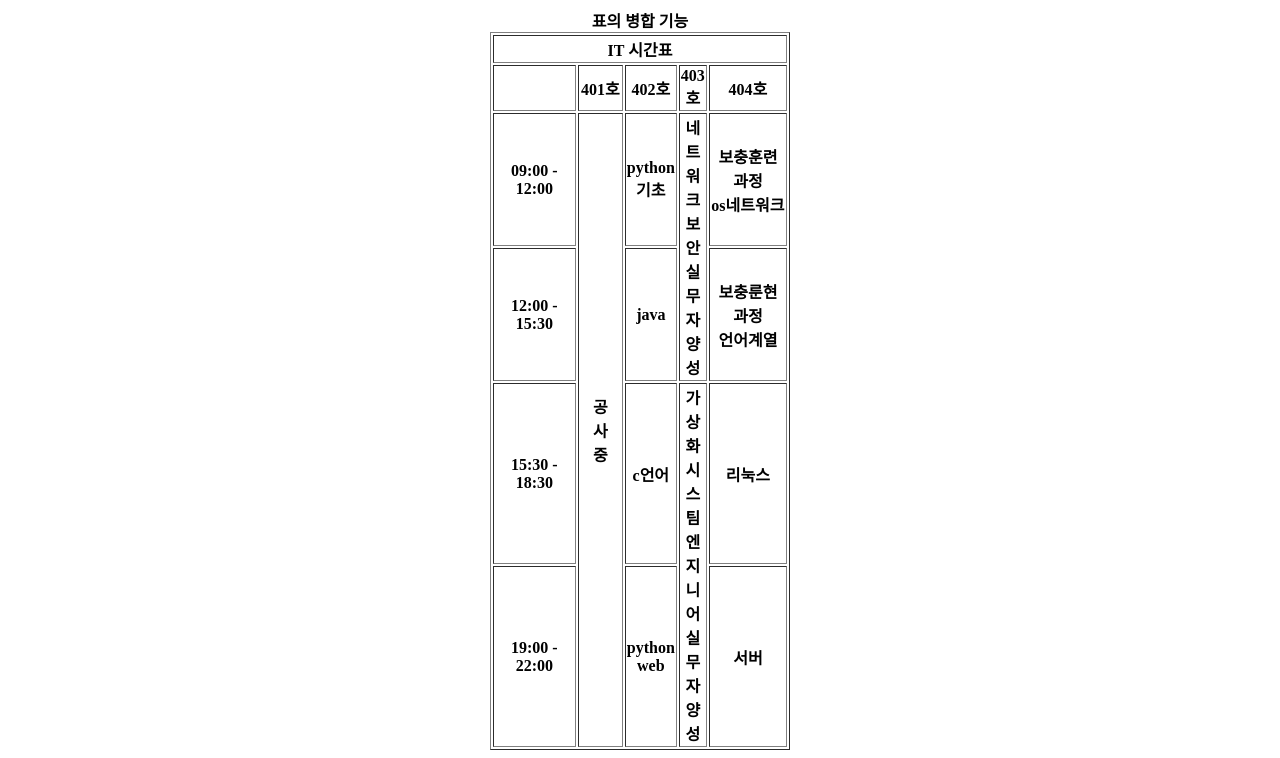
Repository: sika5382/jsp
Page: html/WebContent/NewFile1.html
The author's editor kept a copy of each file at every save. The page is drawn from the files as they stood at one save, then again after the next save.
The browser window is 1280 px wide. The pictures show the whole page.

Above is the page before, as saved 2020-10-29 06:12:05.

### html/WebContent/NewFile1.html
<!DOCTYPE html>
<html>
<head>
<meta charset="UTF-8">
<title>Insert title here</title>
</head>
<body>

	<table border = "1" align="center" width ="300">

		<caption><b>표의 병합 기능</b></caption>

		<tr>
			<th colspan = "5"> IT 시간표</th>

		</tr>

		<tr>
			<th width ="100"></th>
			<th width ="50">401호</th>
			<th>402호</th>
			<th>403호</th>
			<th width ="100">404호</th>
		</tr>

		<tr>
			<th width ="100">09:00 - 12:00</th>
			<th rowspan="4">공<br>사<br>중</th>
			<th>python 기초</th>
			<th rowspan="2">네트워크 보안<br>실무자 양성</th>
			<th>보충훈련 과정<br>os네트워크</th>
		</tr>

		<tr>
			<th width ="100">12:00 - 15:30</th>
			<th>java</th>
			<th>보충룬현 과정<br>언어계열</th>
		</tr>


		<tr>
			<th width ="100">15:30 - 18:30</th>
			<th>c언어</th>
			<th rowspan="2">가상화 시스팀 <br> 엔지니어 실무자 양성</th>
			<th>리눅스</th>
		</tr>

		<tr>
			<th width ="100">19:00 - 22:00</th>
			<th>python web</th>
			<th>서버</th>
		</tr>


	</table>


</body>
</html>

After the next save:
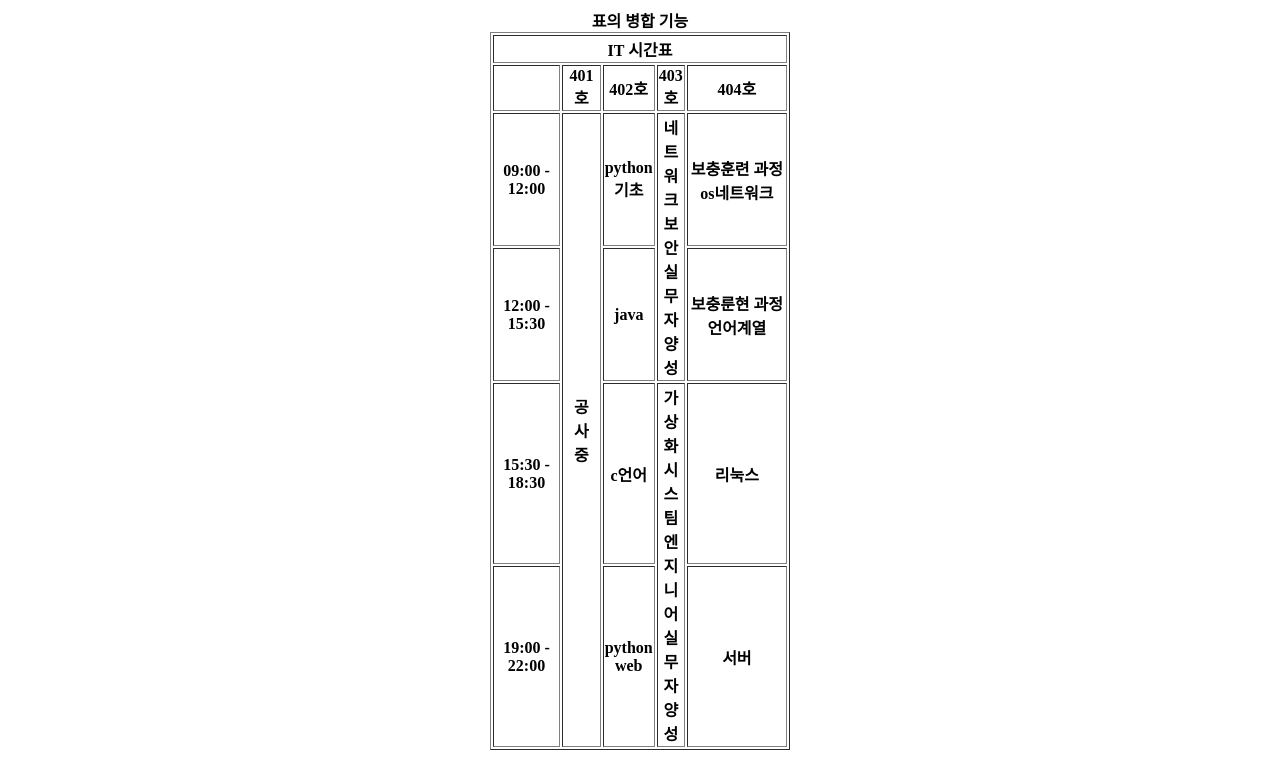
Saved 7 s later.
--- a/html/WebContent/NewFile1.html
+++ b/html/WebContent/NewFile1.html
@@ -20,7 +20,7 @@
 			<th width ="50">401호</th>
 			<th>402호</th>
 			<th>403호</th>
-			<th width ="100">404호</th>
+			<th width ="200">404호</th>
 		</tr>
 
 		<tr>
